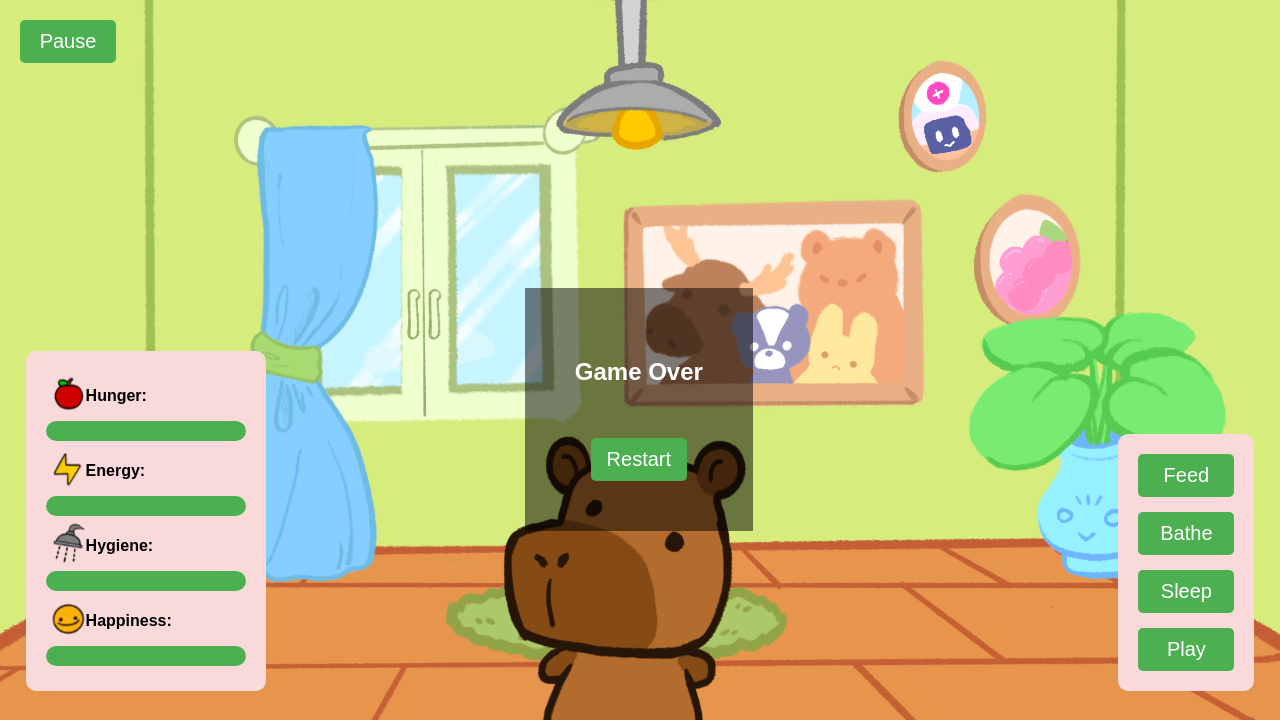
Repository: sarahjx/CapyCare
Page: html/index.html
These files come from the project's save history. The page is drawn as it stood at one moment and after the next save; the edit follows.
The browser window is 1280 px wide. The pictures show the whole page.
Some web fonts or font styles are not loaded; a fallback is used.

Above is the page before, as saved 2025-05-01 15:01:38.
Console error: TypeError: Cannot set properties of null (setting 'innerText')

After the next save:
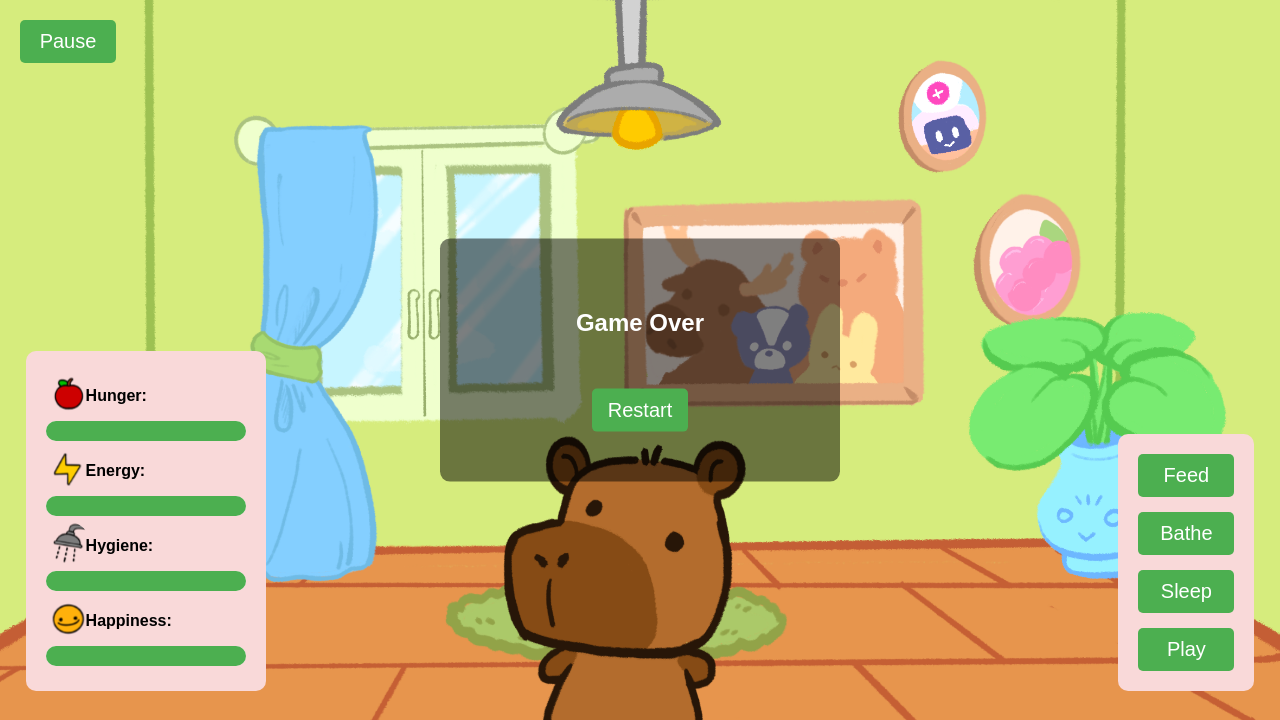
Saved 57 s later.
--- a/css/statusbar.css
+++ b/css/statusbar.css
@@ -167,17 +167,30 @@ button:hover {
   display: none;
 }
 
+.game-over-overlay {
+  position: fixed;
+  top: 0;
+  left: 0;
+  width: 100vw;
+  height: 100vh;
+  background-color: rgba(0, 0, 0, 0.2);
+  display: none;
+  z-index: 1000;
+}
+
 .game-over-content {
-  /* display: none; */
   position: fixed;
   display: flex;
   flex-direction: column;
   justify-content: center;
   align-items: center;
-  left: 41%;
-  top: 40%;
+  left: 50%;
+  top: 50%;
+  transform: translate(-50%, -50%);
   padding: 50px;
-  margin: 0;
   background-color: rgba(0, 0, 0, 0.5);
   color: white;
+  border-radius: 10px;
+  z-index: 1001;
+  min-width: 300px;
 }
